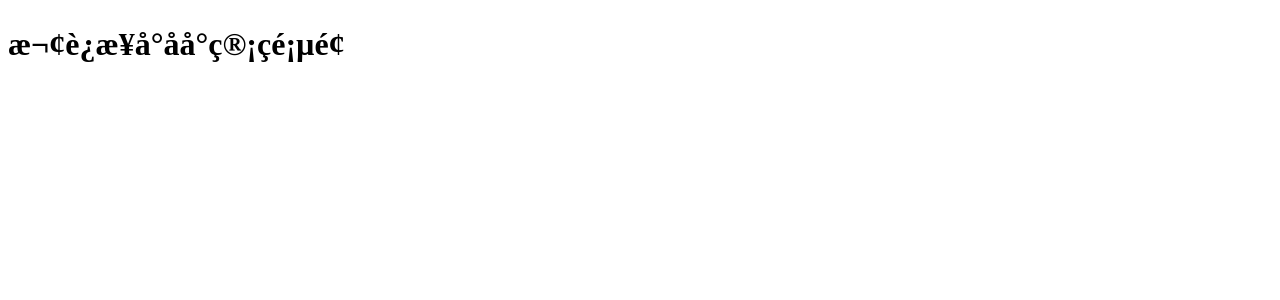
Repository: Wsj090936/OnlineShoppingMall
Page: http://localhost/online-shoppingmall-manager-web/
The author's editor kept a copy of each file at every save. The page is drawn from the files as they stood at one save, then again after the next save.
The browser window is 1280 px wide. The pictures show the whole page.
The page is served by Tomcat 9.

Above is the page before, as saved 2017-12-14 12:46:51.

After the next save:
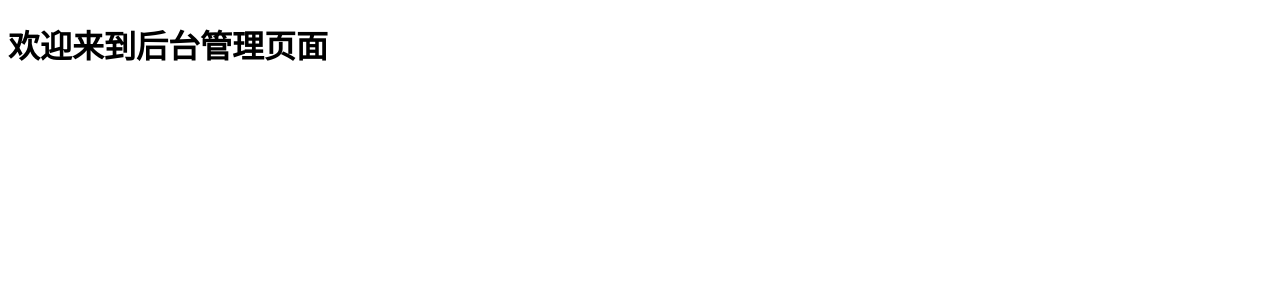
Saved 14 s later.
--- a/online-shoppingmall-manager/online-shoppingmall-manager-web/src/main/webapp/index.jsp
+++ b/online-shoppingmall-manager/online-shoppingmall-manager-web/src/main/webapp/index.jsp
@@ -1,5 +1,5 @@
 <%@ page language="java" contentType="text/html; charset=UTF-8"
-    pageEncoding="ISO-8859-1"%>
+    pageEncoding="UTF-8"%>
 <!DOCTYPE html PUBLIC "-//W3C//DTD HTML 4.01 Transitional//EN" "http://www.w3.org/TR/html4/loose.dtd">
 <html>
 <head>
